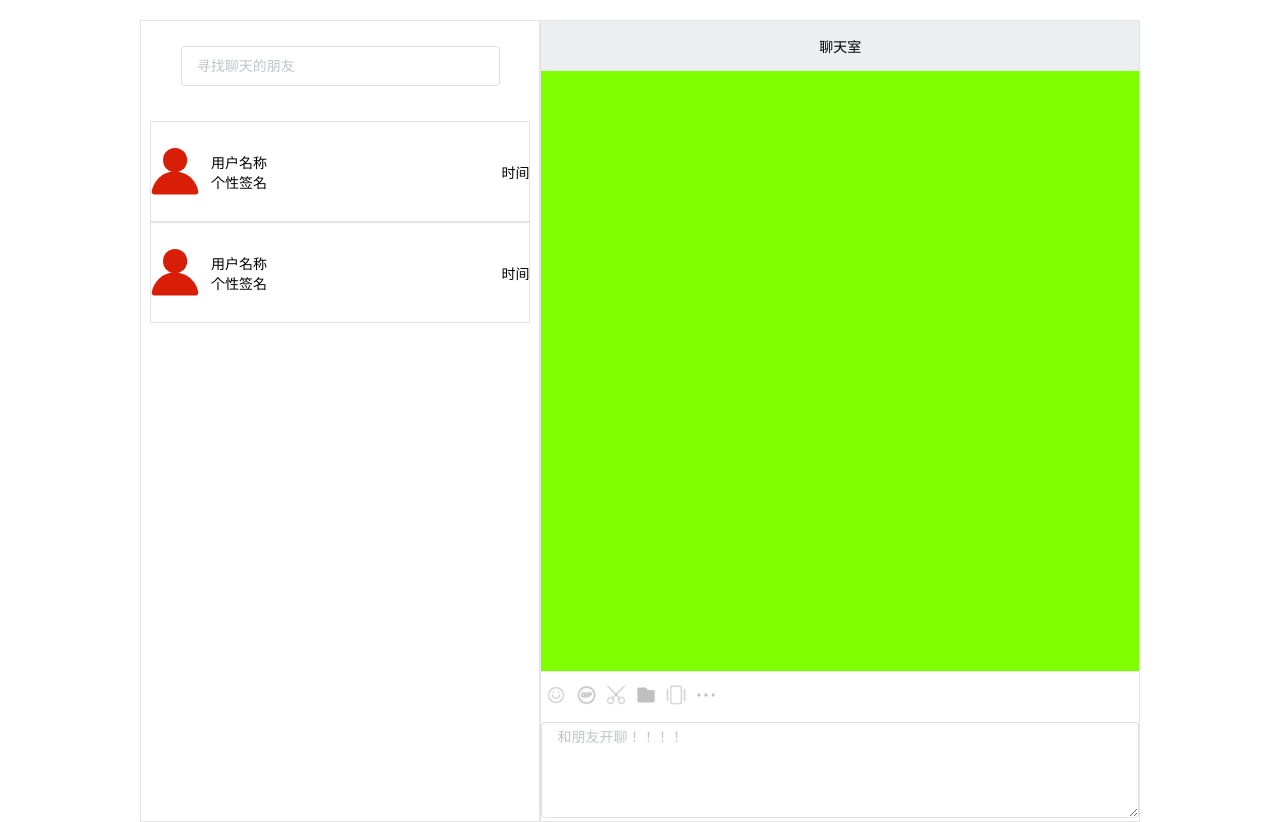
Repository: jinggegeZ/livechat
Page: /
The author's editor kept a copy of each file at every save. The page is drawn from the files as they stood at one save, then again after the next save.
The browser window is 1280 px wide. The pictures show the whole page.
The project was rebuilt for these pictures with package versions that can differ from the ones it lists, and the page was loaded fresh each time.

Above is the page before, as saved 2020-08-17 13:11:17.

After the next save:
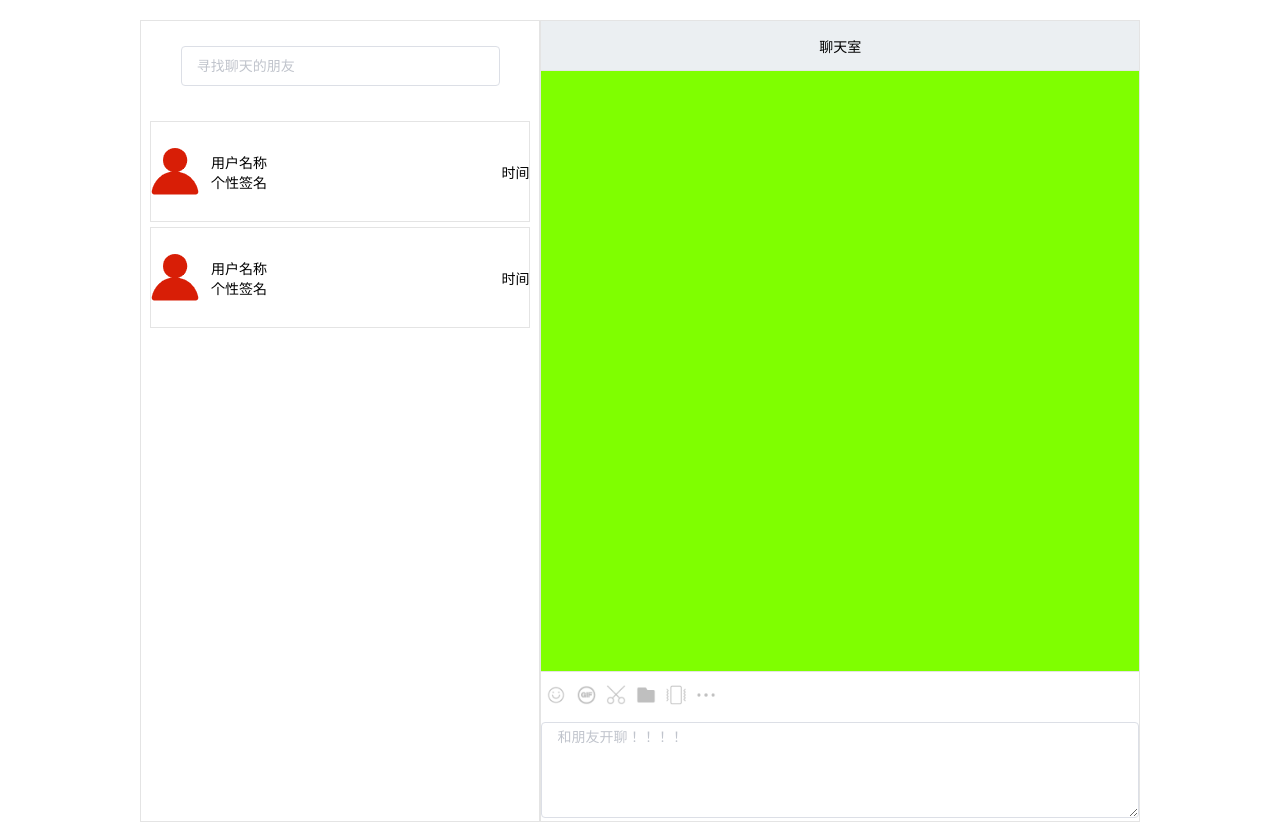
Saved 17 s later.
--- a/src/views/Home.vue
+++ b/src/views/Home.vue
@@ -143,6 +143,7 @@ export default {
 .msgbox {
   display: flex;
   justify-content: center;
+  margin-bottom: 5px;
 }
 .box1-1 {
   width: 95%;
